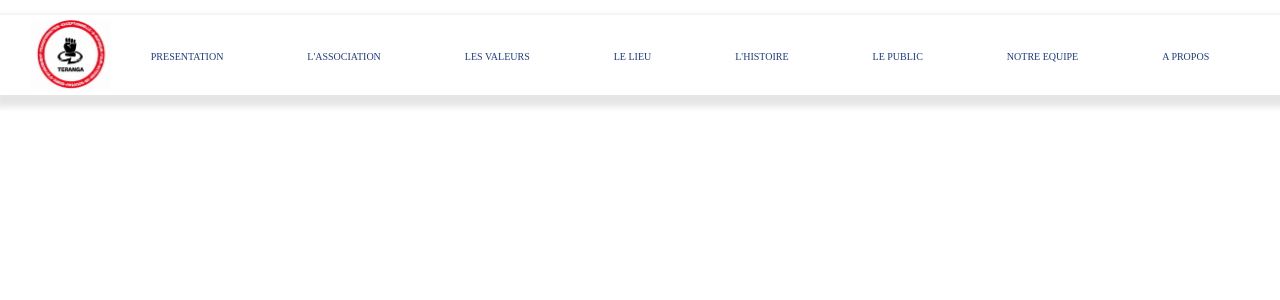
Repository: assanendao171/projet-teranga
Page: presentation.html
These files come from the project's save history. The page is drawn as it stood at one moment and after a run of saves; the edit follows.
The browser window is 1280 px wide. The pictures show the whole page.

Above is the page before, as saved 2026-02-11 11:50:17.

After the next 2 saves:
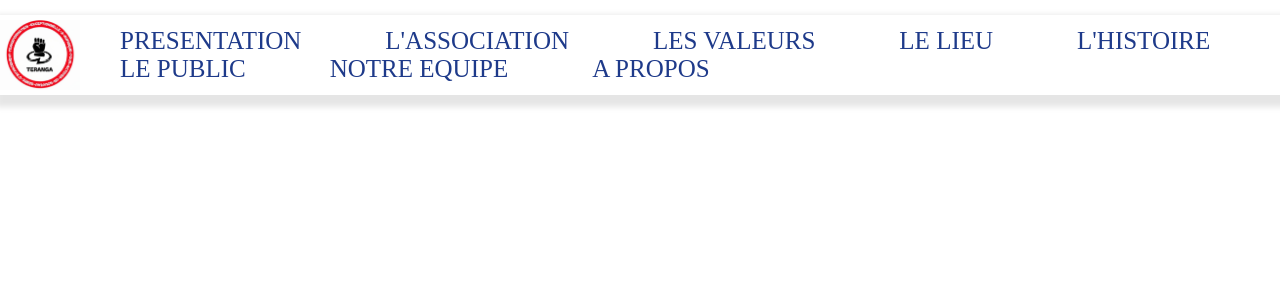
The 2 saves are shown as one change because they came seconds apart.
The last was saved 6 s later.
--- a/presentation.css
+++ b/presentation.css
@@ -14,7 +14,7 @@ nav a{
     margin: 40px;
     color: #1E3A8A;
     text-decoration: none;
-    font-size: 10px;
+    font-size: 25px;
 }
 .logo{
     width: 80px;
